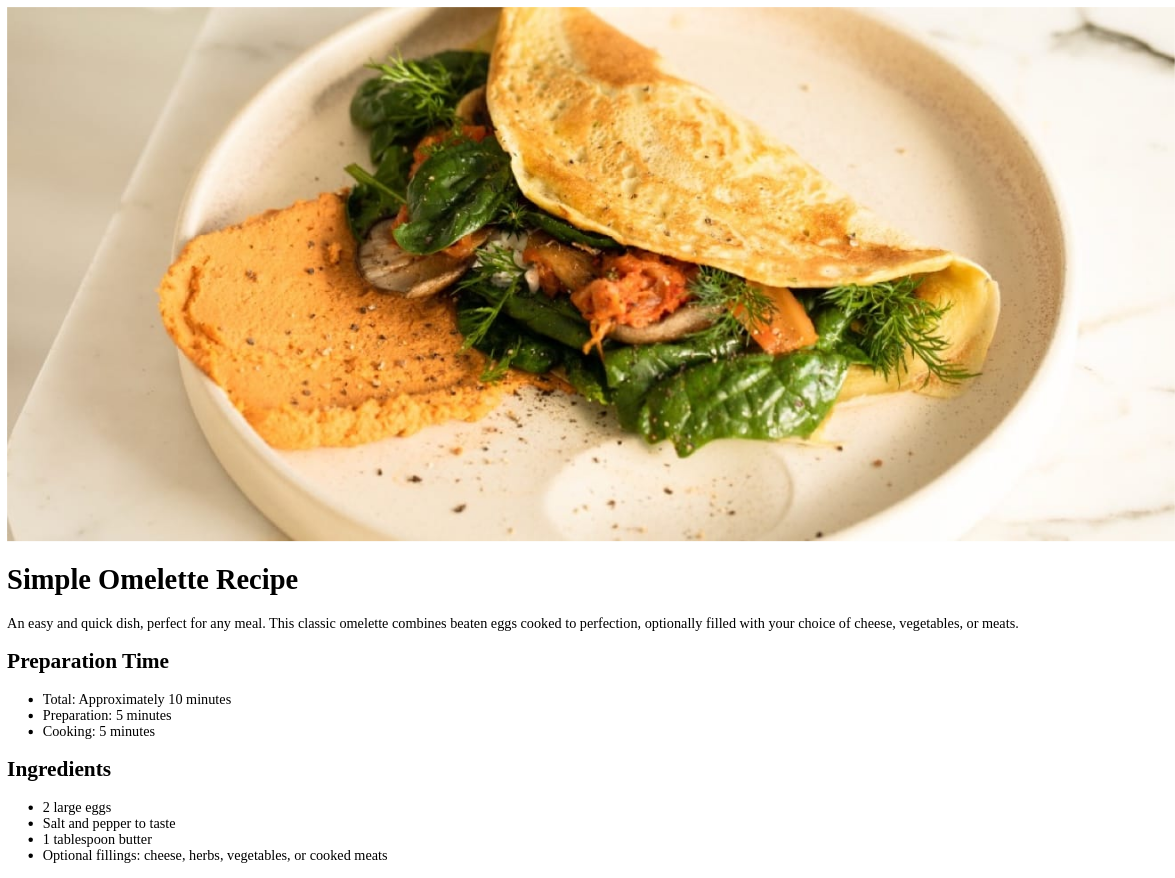
Repository: akbasliogulcan/omletterecipe
Page: index.html
These files come from the project's save history. The page is drawn as it stood at one moment and after the next save; the edit follows.
The browser window is 1280 px wide. The page is 1320 px wide, so the pictures cover 1320 px, including what lies to the right of the window. The pictures show the whole page, at 89% of full size.

Above is the page before, as saved 2025-07-20 17:15:48.

After the next save:
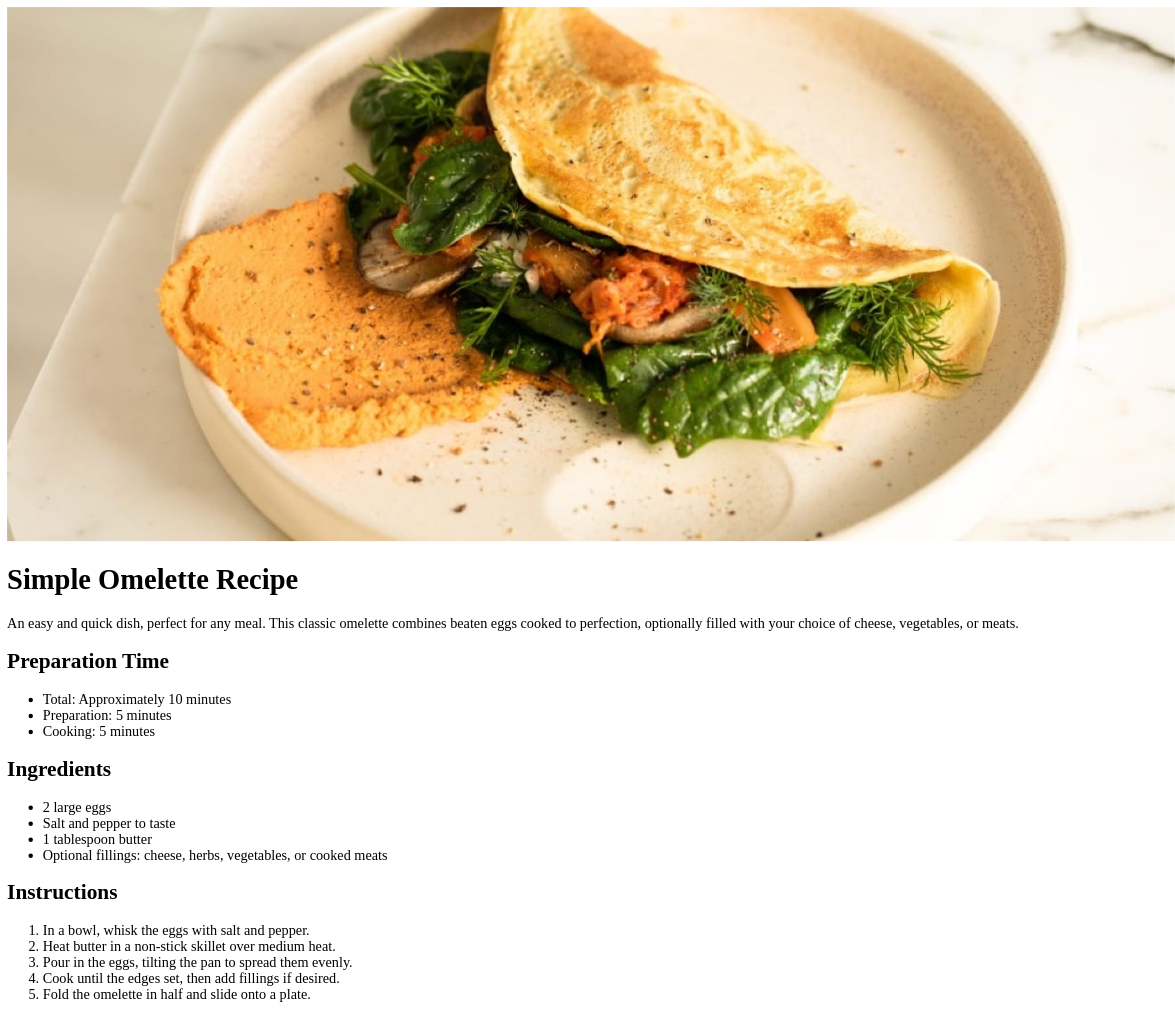
Saved 65 s later.
--- a/index.html
+++ b/index.html
@@ -38,6 +38,17 @@
       </ul>
     </div>
 
+    <div class="instructions">
+      <h2>Instructions</h2>
+      <ol>
+        <li>In a bowl, whisk the eggs with salt and pepper.</li>
+        <li>Heat butter in a non-stick skillet over medium heat.</li>
+        <li>Pour in the eggs, tilting the pan to spread them evenly.</li>
+        <li>Cook until the edges set, then add fillings if desired.</li>
+        <li>Fold the omelette in half and slide onto a plate.</li>
+      </ol>
+    </div>
+
   </div>
 
 
